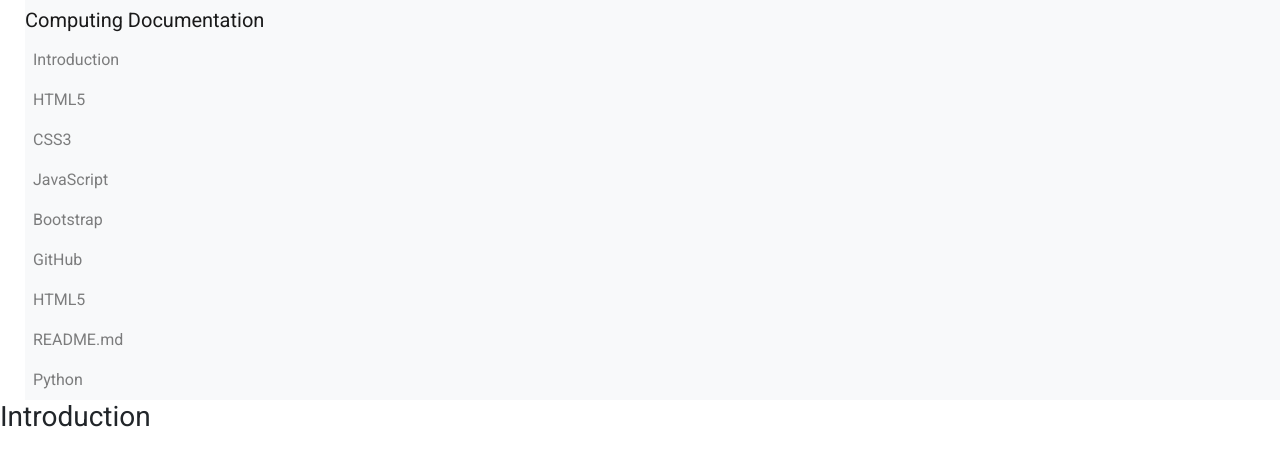
Repository: derektypist/technical-documentation-page
Page: index.html
The author's editor kept a record of every edit. The page is drawn from the files as they stood at one moment, then again after the next edit.
The browser window is 1280 px wide. The pictures show the whole page.

Above is the page before.

After the next edit:
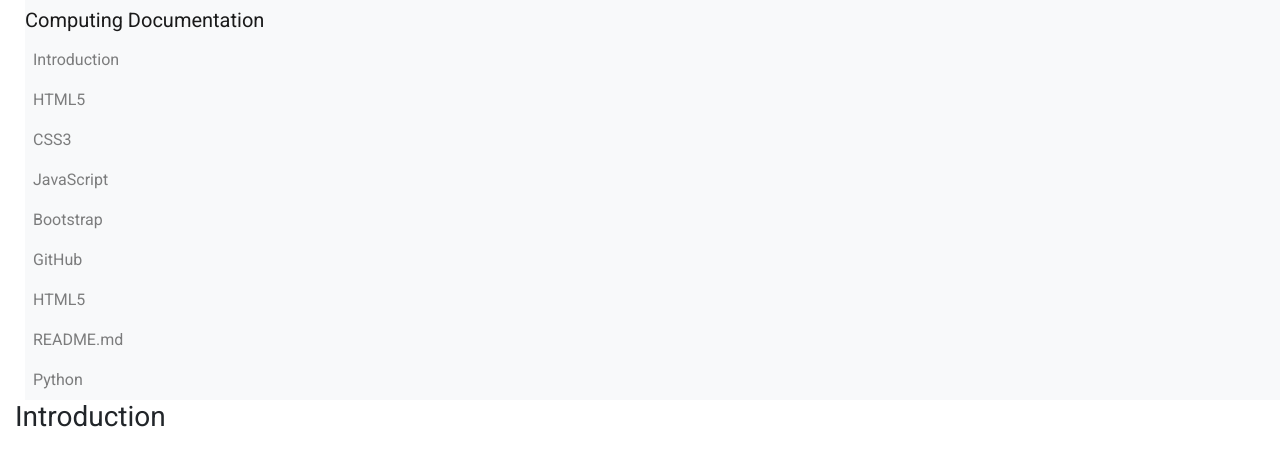
The edit:
--- a/index.html
+++ b/index.html
@@ -62,7 +62,7 @@
 
 <!-- Set Up Main Content -->
 <main id="main-doc">
-<section class="main-section flex-column">
+<section class="main-section col-8">
   <header id="introduction">
     <h3>Introduction</h3>
   </header>
